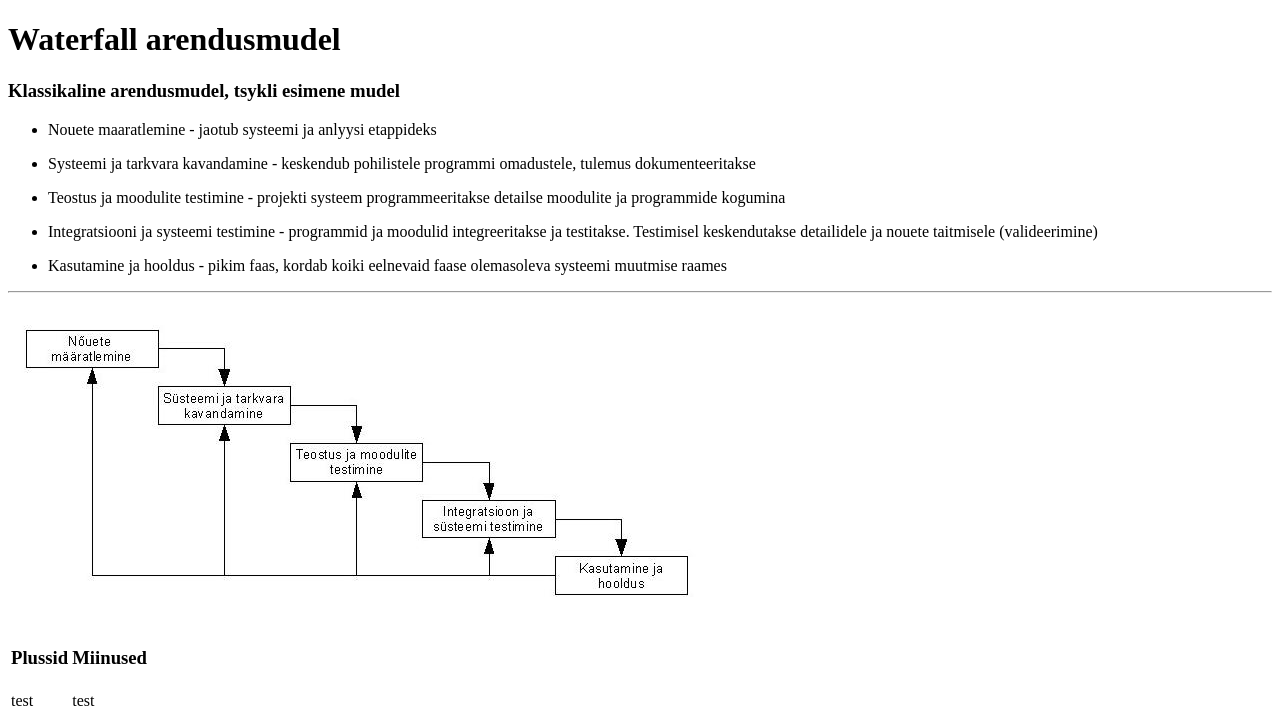
Repository: annemariv/Targe24
Page: elutsykkel/waterfall.html
These files come from the project's save history. The page is drawn as it stood at one moment and after a run of saves; the edit follows.
The browser window is 1280 px wide. The pictures show the whole page.

Above is the page before, as saved 2024-11-06 19:04:00.

After the next 2 saves:
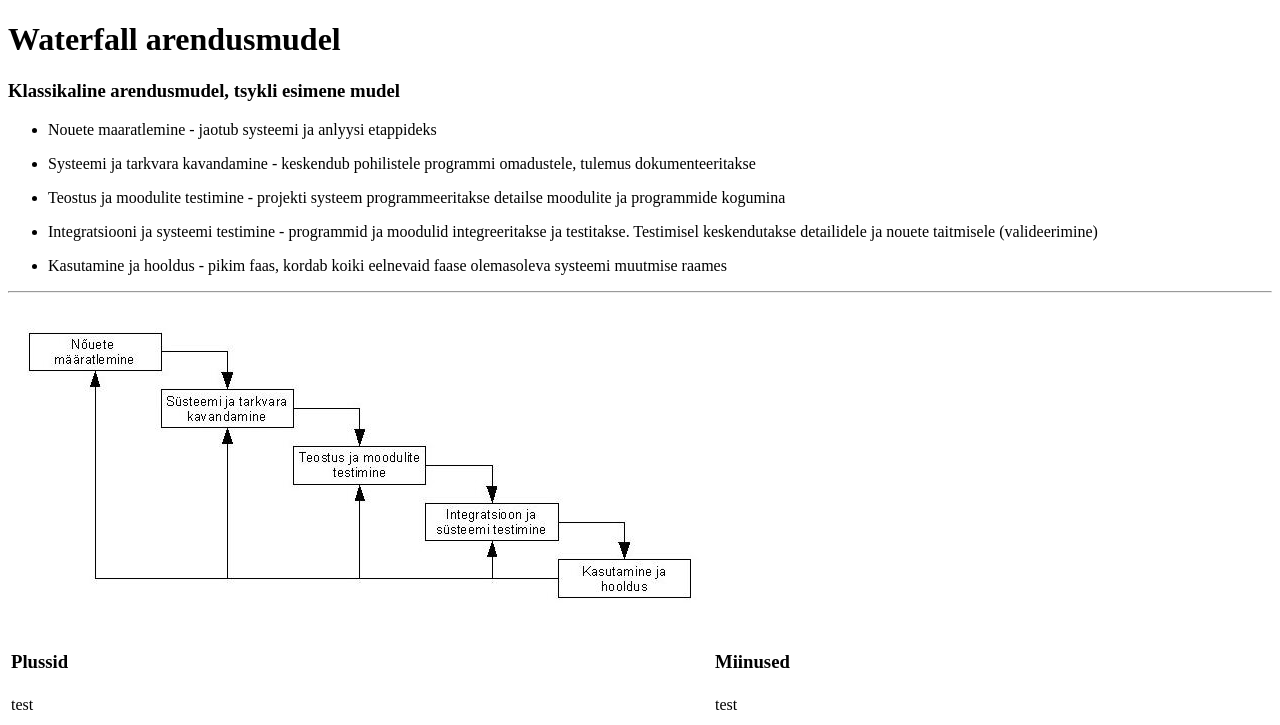
The 2 saves are shown as one change because they came seconds apart.
The last was saved 16 s later.
--- a/elutsykkel/waterfall.html
+++ b/elutsykkel/waterfall.html
@@ -33,8 +33,11 @@
         </li>
     </ul>
     <hr/>
-    <img src="/pildid/image2.1.jpeg" alt="">
     <table>
+        <tr>
+            <td> <img src="/pildid/image2.1.jpeg" />
+            </td>
+        </tr>
         <tr>
             <td><h3>Plussid</h3></td>
             <td><h3>Miinused</h3></td>
